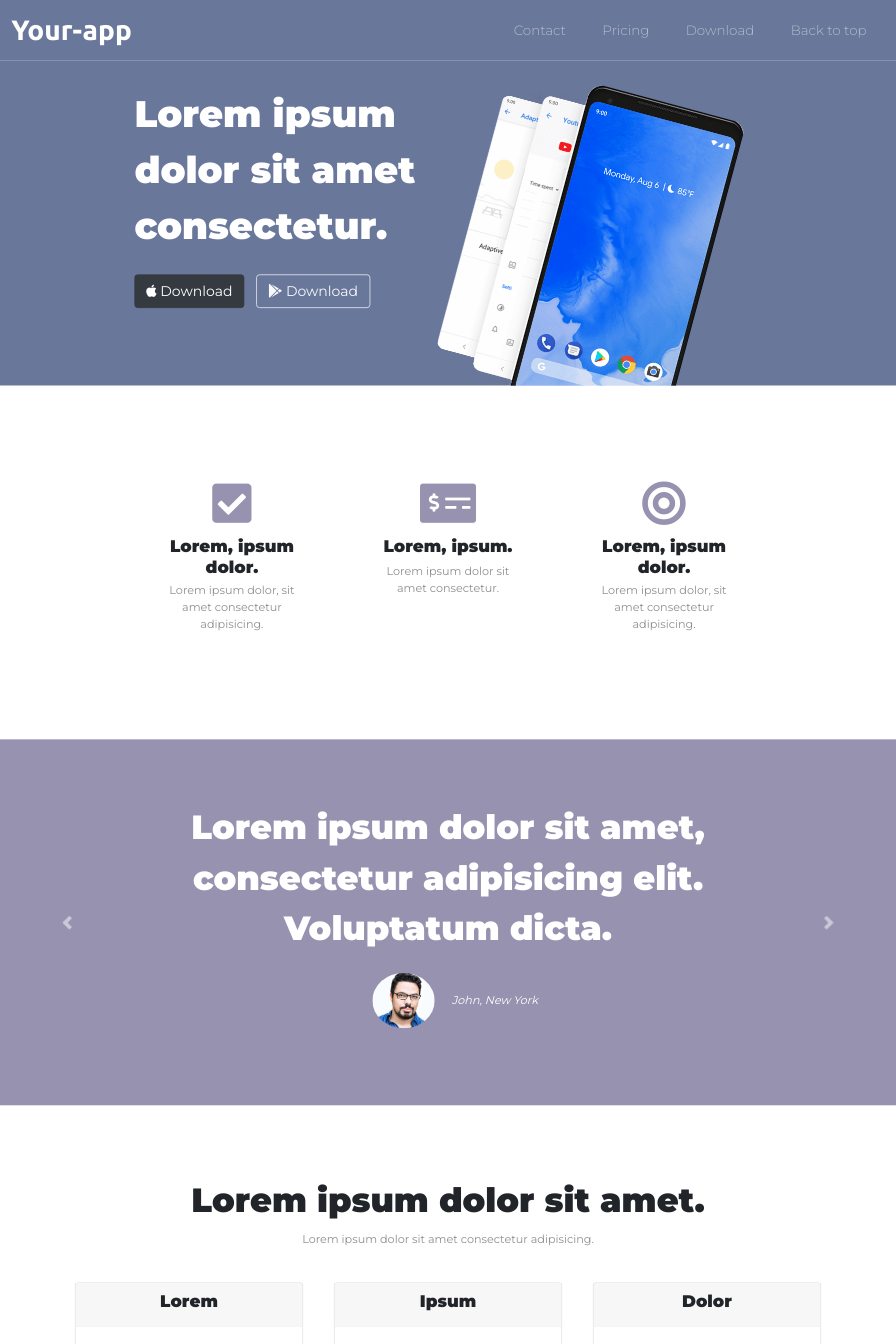
Repository: Isanderr/Simple_landing_page_2-Bootstrap4
Page: index.html
The author's editor kept a copy of each file at every save. The page is drawn from the files as they stood at one save, then again after the next save.
The browser window is 1280 px wide. The pictures show the part of the page from y = 0 to 1920 px (the page is 3125 px tall before and 3211 px after), at 70% of full size.
Some web libraries are served in a nearby version.

Above is the page before, as saved 2019-02-03 19:55:18.

After the next save:
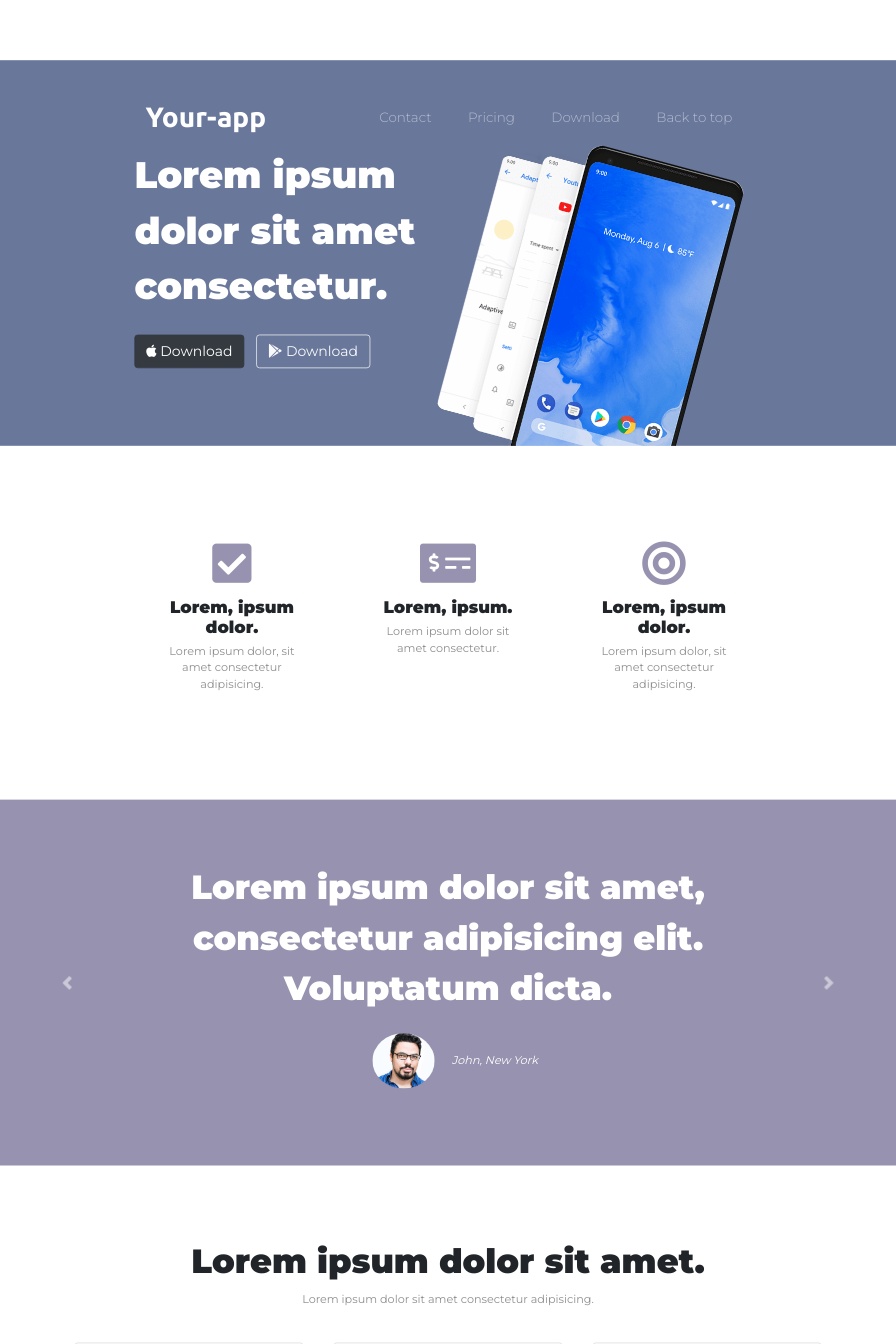
Saved 12 s later.
--- a/index.html
+++ b/index.html
@@ -17,7 +17,7 @@
     <section id="title">
       <div class="container-fluid">
         <!-- Nav Bar -->
-        <nav class='navbar navbar-expand-lg navbar-dark fixed-top data-offset="100"'>
+        <nav class='navbar navbar-expand-lg navbar-dark  data-offset="100"'>
           <a class="navbar-brand" href="">Your-app</a>
           <button class="navbar-toggler" type="button" data-toggle="collapse" data-target="#navbarTogglerDemo02">
             <span class="navbar-toggler-icon"></span>

After the save that followed:
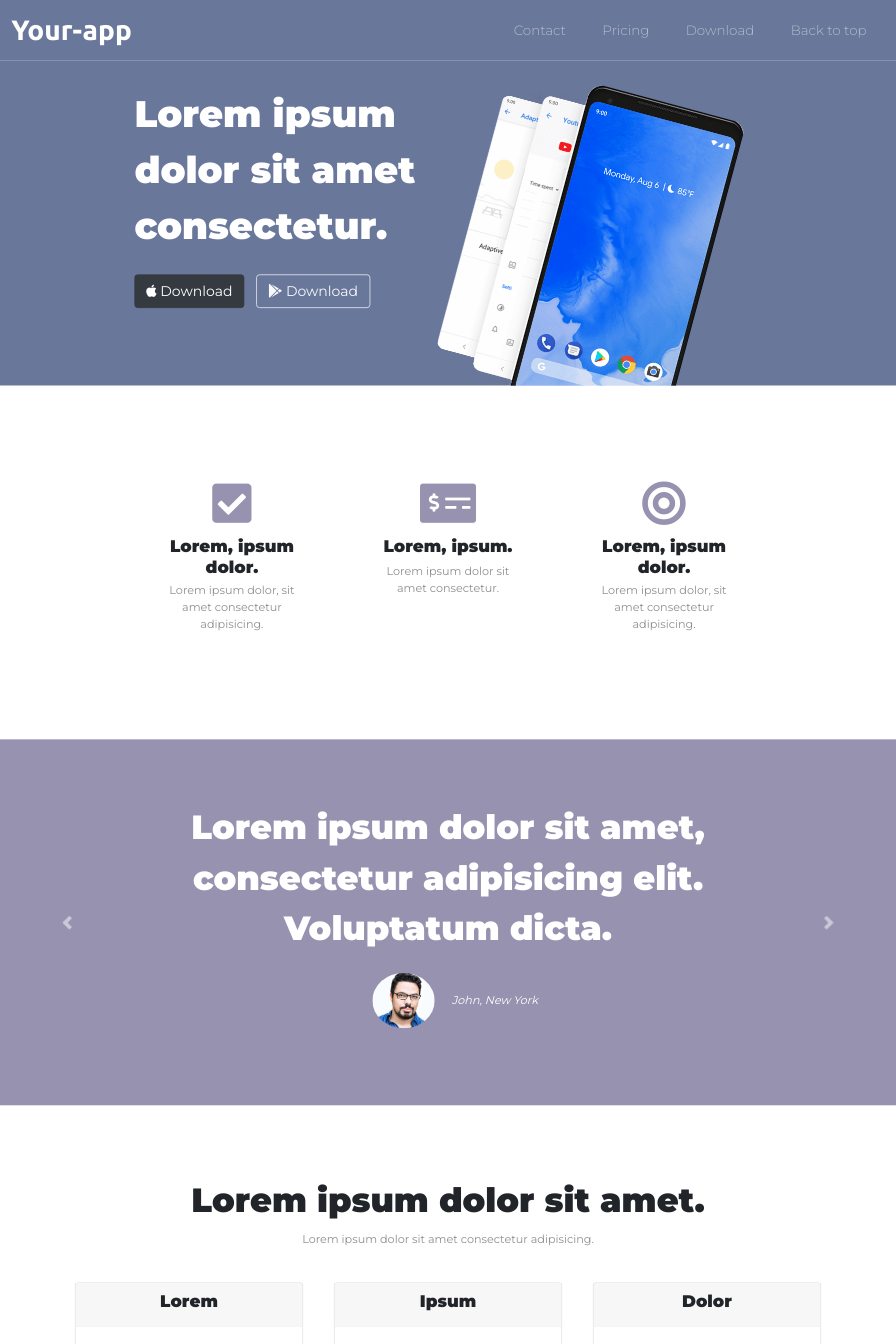
Saved 43 s later.
--- a/index.html
+++ b/index.html
@@ -17,7 +17,7 @@
     <section id="title">
       <div class="container-fluid">
         <!-- Nav Bar -->
-        <nav class='navbar navbar-expand-lg navbar-dark  data-offset="100"'>
+        <nav class="navbar navbar-expand-lg navbar-dark fixed-top ">
           <a class="navbar-brand" href="">Your-app</a>
           <button class="navbar-toggler" type="button" data-toggle="collapse" data-target="#navbarTogglerDemo02">
             <span class="navbar-toggler-icon"></span>
